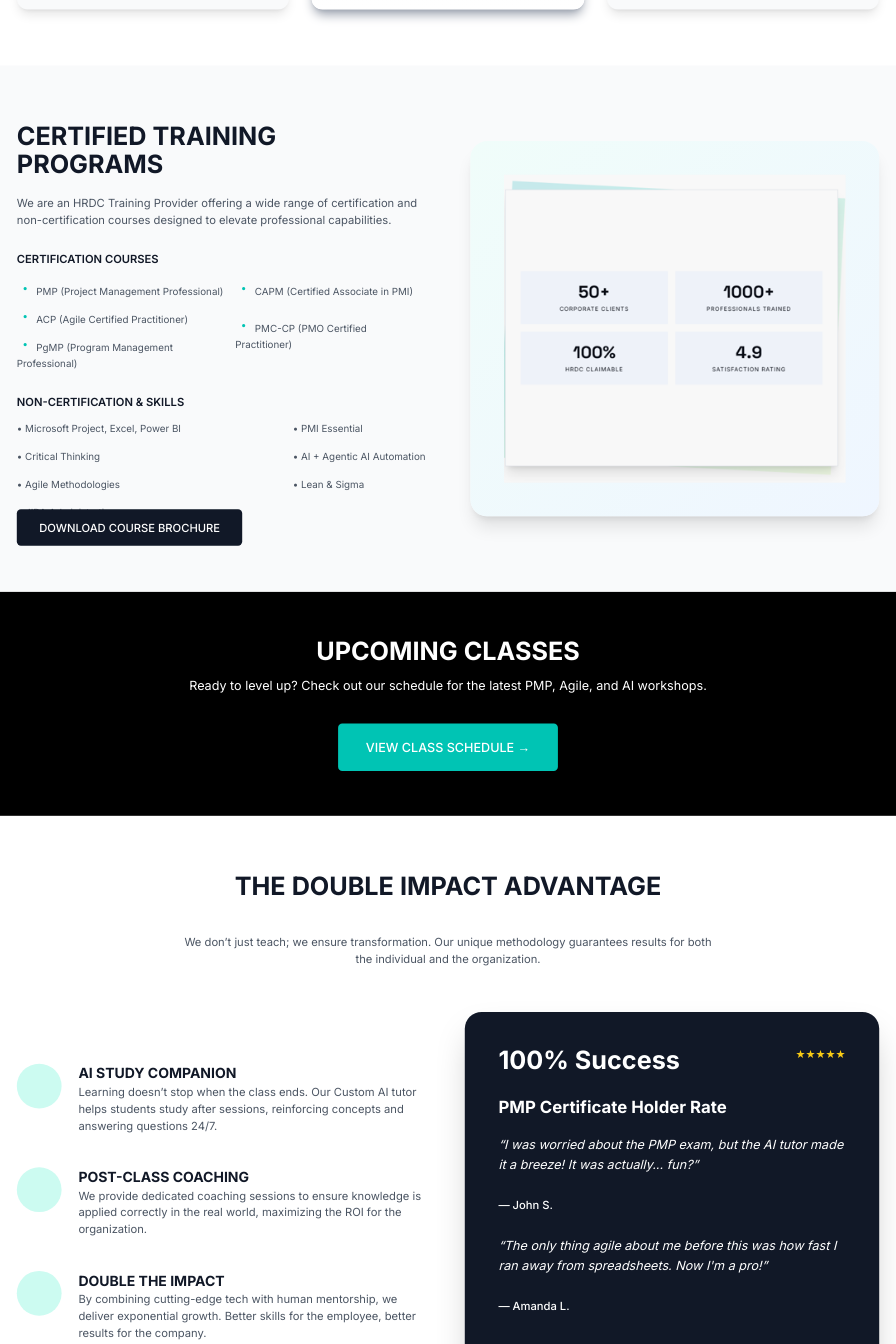
Repository: hsuntariq/web-pages
Page: impact/index.html
An editor plug-in stored every save of this project. The page is shown before and after the next save, followed by the edit.
The browser window is 1280 px wide. The pictures show the part of the page from y = 1271 to 3191 px (the page is 3961 px tall before and 3945 px after), at 70% of full size.
Some web libraries are served in a nearby version.

Above is the page before, as saved 2025-12-28 20:36:11.

After the next save:
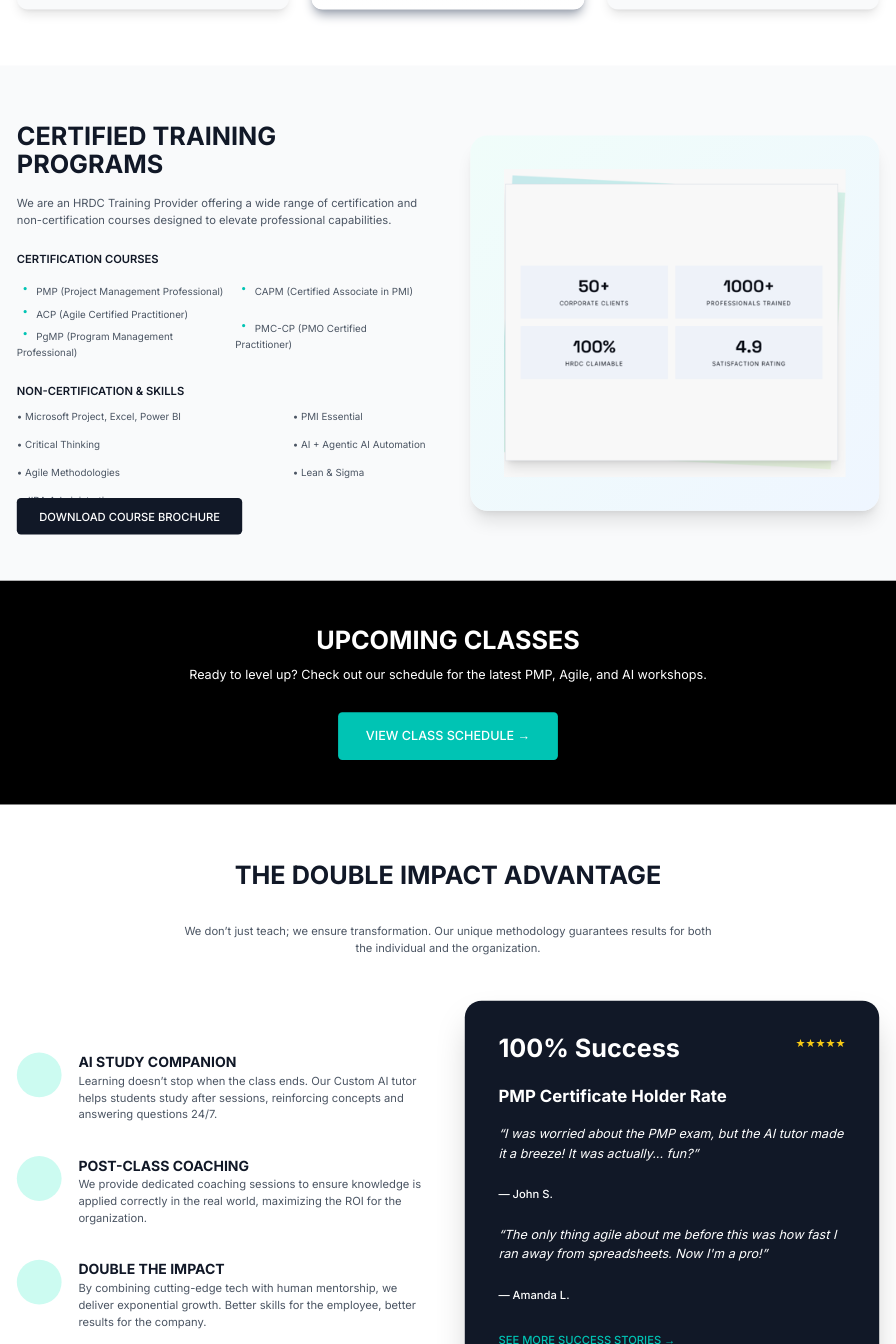
Saved 4 s later.
--- a/impact/index.html
+++ b/impact/index.html
@@ -224,7 +224,7 @@
               <h4 class="font-semibold mb-4">CERTIFICATION COURSES</h4>
               <ul class="space-y-3 text-gray-600">
                 <div class="flex justify-between text-sm">
-                  <div class="flex flex-col gap-2">
+                  <div class="flex flex-col">
                     <li>
                       <i class="bi bi-dot text-primary text-2xl"></i> PMP
                       (Project Management Professional)
